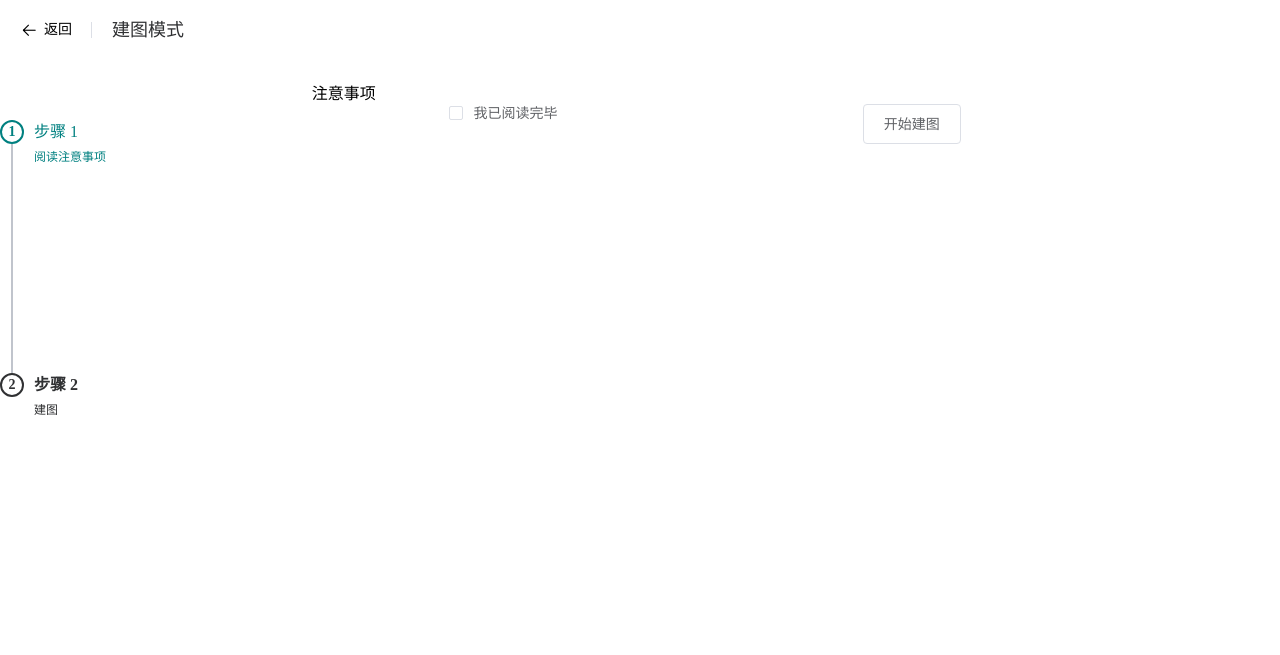
Repository: Forever518/BUAA_SE_Embedded_2021
Page: /#/Build (app in web/ros_web/)
The author's editor kept a copy of each file at every save. The page is drawn from the files as they stood at one save, then again after the next save.
The browser window is 1280 px wide. The pictures show the whole page.
The project was rebuilt for these pictures with package versions that can differ from the ones it lists, and the page was loaded fresh each time. Also part of the build but not shown: web/ros_web/src/components/home.vue, web/ros_web/src/components/settings.vue, web/ros_web/src/components/help.vue, web/ros_web/src/components/about.vue, web/ros_web/src/views/Main.vue, web/ros_web/src/views/Mark.vue, web/ros_web/src/components/buildings.vue, web/ros_web/src/views/Serve.vue.

Above is the page before, as saved 2021-05-08 14:50:00.

After the next save:
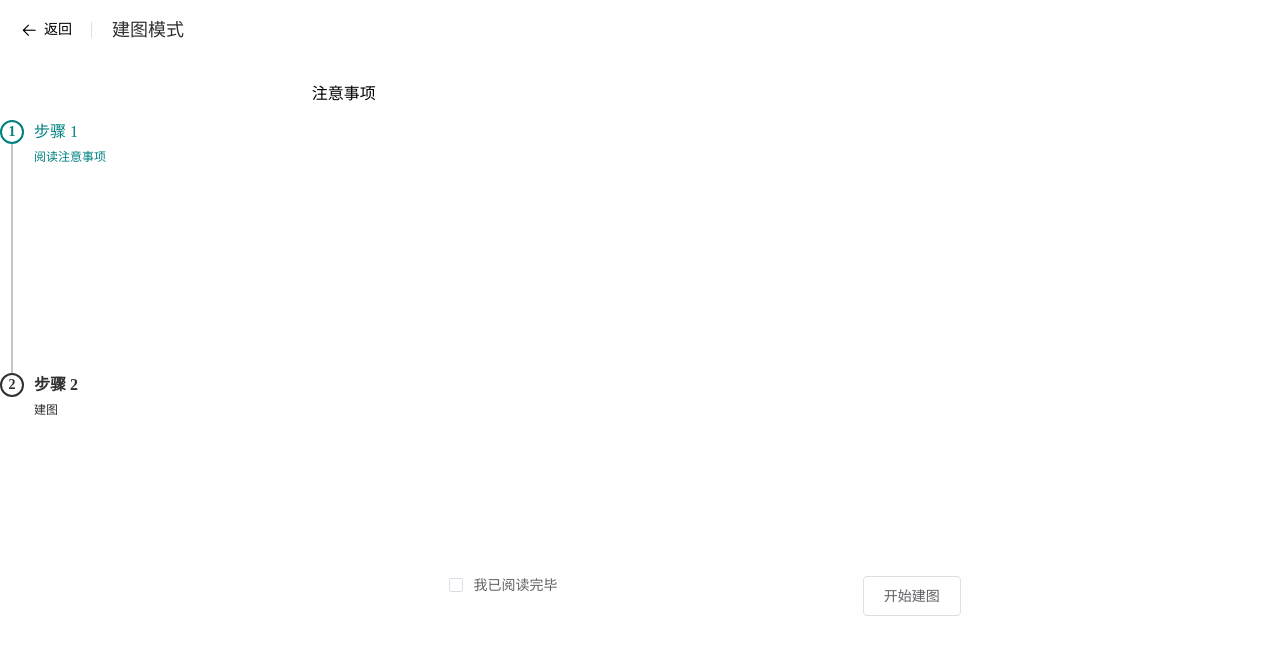
Saved 11 s later.
--- a/web/ros_web/src/components/attentions.vue
+++ b/web/ros_web/src/components/attentions.vue
@@ -1,6 +1,6 @@
 <template>
   <div class="bodyBoxOut">
-    <div v-if="type === 'build'">
+    <div v-if="type === 'build'" class="bodyBoxIn">
       <div class="messageBox">
         <p>注意事项</p>
       </div>
